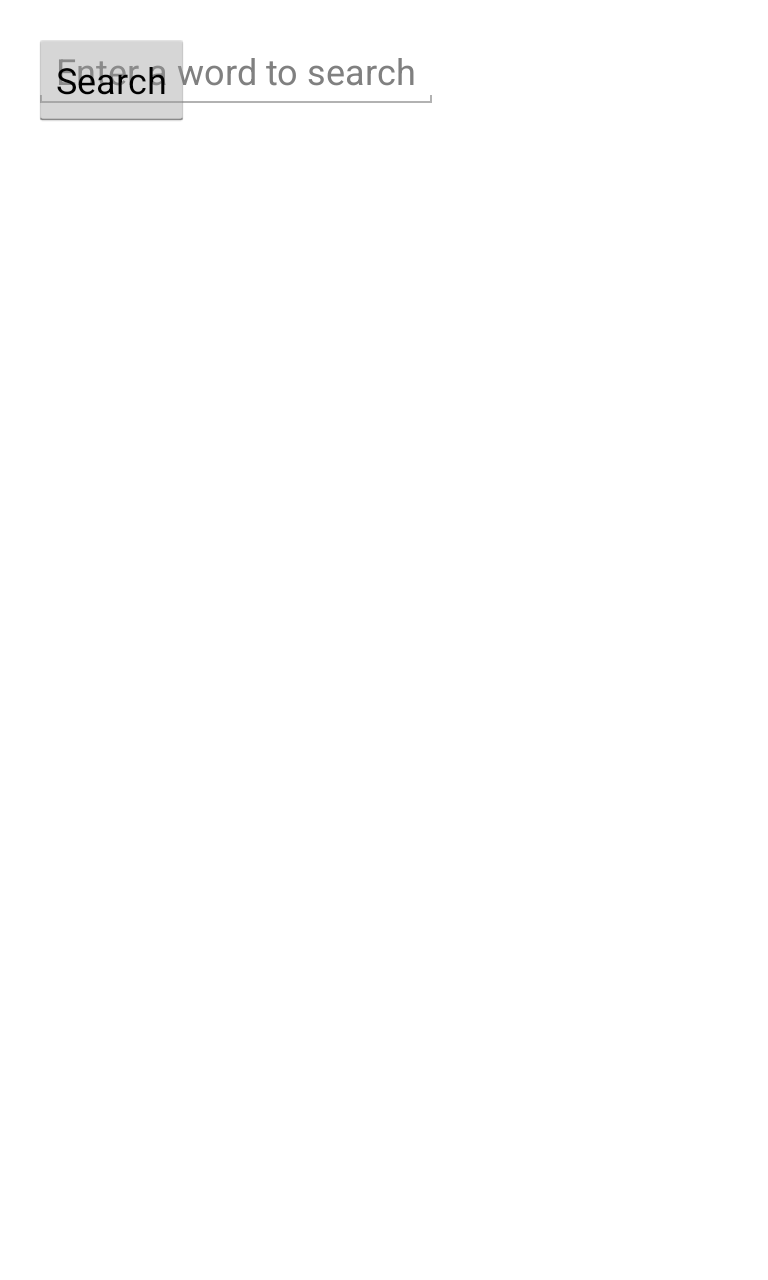
Repository: jasonzhao3/WordHunter
Layout: WordHunter/res/layout/activity_main.xml
These files come from the project's save history. The layout is drawn as it stood at one moment and after the next save; the edit follows.
It is drawn on a 768 x 1280 px phone screen (xhdpi) without system bars, with theme AppTheme; the app's code is not run.

Above is the layout before, as saved 2013-05-04 06:38:36.

### WordHunter/res/layout/activity_main.xml
<?xml version="1.0" encoding="utf-8"?>
<RelativeLayout xmlns:android="http://schemas.android.com/apk/res/android"
    xmlns:tools="http://schemas.android.com/tools"
    android:layout_width="match_parent"
    android:layout_height="match_parent"
    android:paddingBottom="@dimen/activity_vertical_margin"
    android:paddingLeft="@dimen/activity_horizontal_margin"
    android:paddingRight="@dimen/activity_horizontal_margin"
    android:paddingTop="@dimen/activity_vertical_margin">
    <EditText android:id="@+id/edit_message"
        android:layout_width="wrap_content"
        android:layout_height="wrap_content"
        android:hint="@string/edit_message" />
    <Button
        android:layout_width="wrap_content"
        android:layout_height="wrap_content"
        android:text="@string/button_search"
        android:onClick="searchWord" />
</RelativeLayout>

### WordHunter/res/values/strings.xml
<?xml version="1.0" encoding="utf-8"?>
<resources>
    <string name="app_name">Word Hunter</string>
    <string name="edit_message">Enter a word to search</string>
    <string name="button_search">Search</string>
    <string name="button_scan">Start Scan</string>
    <string name="action_settings">Settings</string>
    <string name="title_activity_main">MainActivity</string>
    <string name="title_activity_confirm_search">Search Information</string>
</resources>

Loaded but not shown: WordHunter/res/values/styles.xml (common file); WordHunter/res/values-v11/styles.xml (common file); WordHunter/res/values-v14/styles.xml (common file); WordHunter/res/values/dimens.xml (common file)

After the next save:
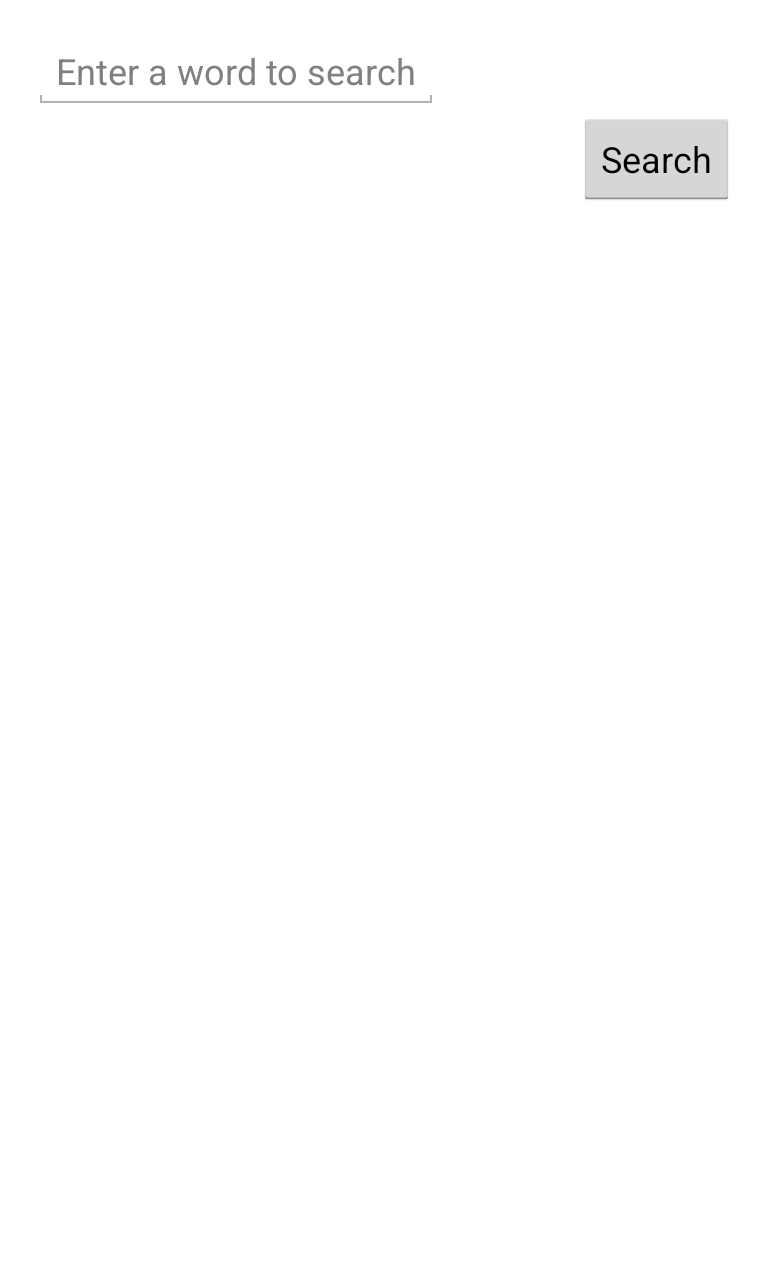
Saved 104 s later.
--- a/WordHunter/res/layout/activity_main.xml
+++ b/WordHunter/res/layout/activity_main.xml
@@ -14,6 +14,33 @@
     <Button
         android:layout_width="wrap_content"
         android:layout_height="wrap_content"
+        android:layout_below="@id/edit_message"
+        android:layout_alignParentRight="true"
         android:text="@string/button_search"
         android:onClick="searchWord" />
 </RelativeLayout>
+
+
+<RelativeLayout xmlns:android="http://schemas.android.com/apk/res/android"
+    xmlns:tools="http://schemas.android.com/tools"
+    android:layout_width="match_parent"
+    android:layout_height="match_parent"
+    android:paddingBottom="@dimen/activity_vertical_margin"
+    android:paddingLeft="@dimen/activity_horizontal_margin"
+    android:paddingRight="@dimen/activity_horizontal_margin"
+    android:paddingTop="@dimen/activity_vertical_margin"
+    tools:context=".ConfirmSearchActivity" >
+   <TextView
+        android:id="@+id/view_message"
+        android:layout_width="wrap_content"
+        android:layout_height="wrap_content"
+        android:text="@string/edit_message" />
+
+    <Button
+        android:layout_width="96dp"
+        android:layout_height="wrap_content"
+        android:layout_below="@id/view_message"
+        android:layout_alignParentRight="true"
+        android:text="@string/button_scan"
+        android:onClick="scanWord" />
+</RelativeLayout>
